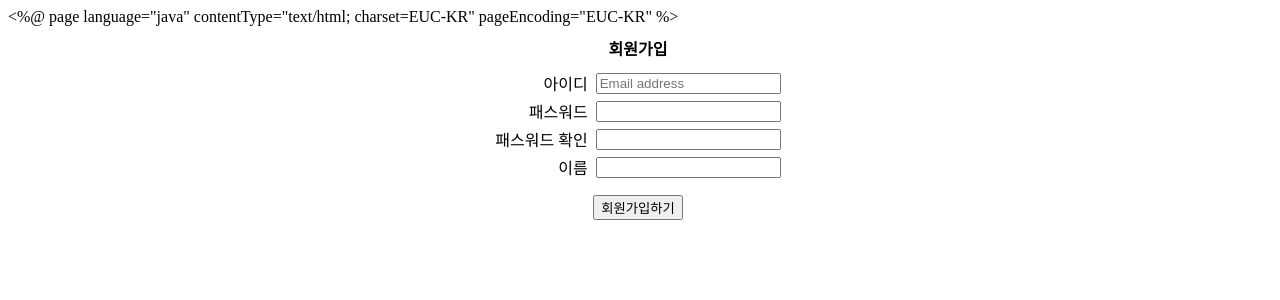
Repository: myungjin2009/SYUBook
Page: Hello2/WebContent/signup.html
These files come from the project's save history. The page is drawn as it stood at one moment and after the next save; the edit follows.
The browser window is 1280 px wide. The pictures show the whole page.

Above is the page before, as saved 2021-05-21 02:00:34.

### Hello2/WebContent/signup.html
<%@ page language="java" contentType="text/html; charset=EUC-KR" pageEncoding="EUC-KR" %>
<!DOCTYPE html>
<html>
<head>
<meta charset="EUC-KR">
<title>Insert title here</title>
</head>
<body>
	<form action="signup.jsp" method="post">
		<table align=center>
		<tr>
			<td colspan=2 align=center height=40><b>회원가입</b><td>
		</tr>
		<tr>
			<td align=right>아이디&nbsp;</td>
			<td><input type="text" name="id" placeholder="Email address" required></td>
		</tr>
		<tr>
			<td align=right>패스워드&nbsp;</td>
			<td><input type="password" name="ps" required></td>
		</tr>
		<tr>
			<td align=right>패스워드 확인&nbsp;</td>
			<td><input type="password" name="ps2" required></td> <!-- 지금은 구현X, 나중에한다하심 -->
		</tr>
		<tr>
			<td align=right>이름&nbsp;</td>
			<td><input type="text" name="name" required></td>
		</tr>
		<tr>
			<td colspan=2 align=center height=50>
			<input type="submit" value="회원가입하기">
			</td>
		</tr>
		</table>
	</form>
</body>
</html>

After the next save:
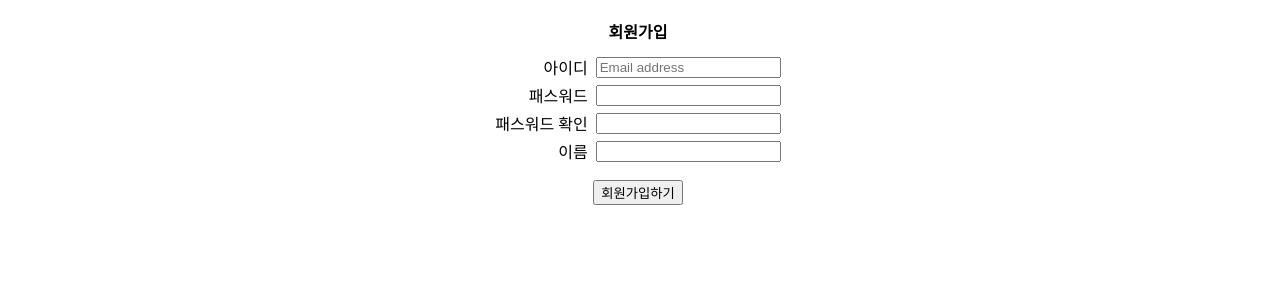
Saved 27 s later.
--- a/Hello2/WebContent/signup.html
+++ b/Hello2/WebContent/signup.html
@@ -1,4 +1,3 @@
-<%@ page language="java" contentType="text/html; charset=EUC-KR" pageEncoding="EUC-KR" %>
 <!DOCTYPE html>
 <html>
 <head>
